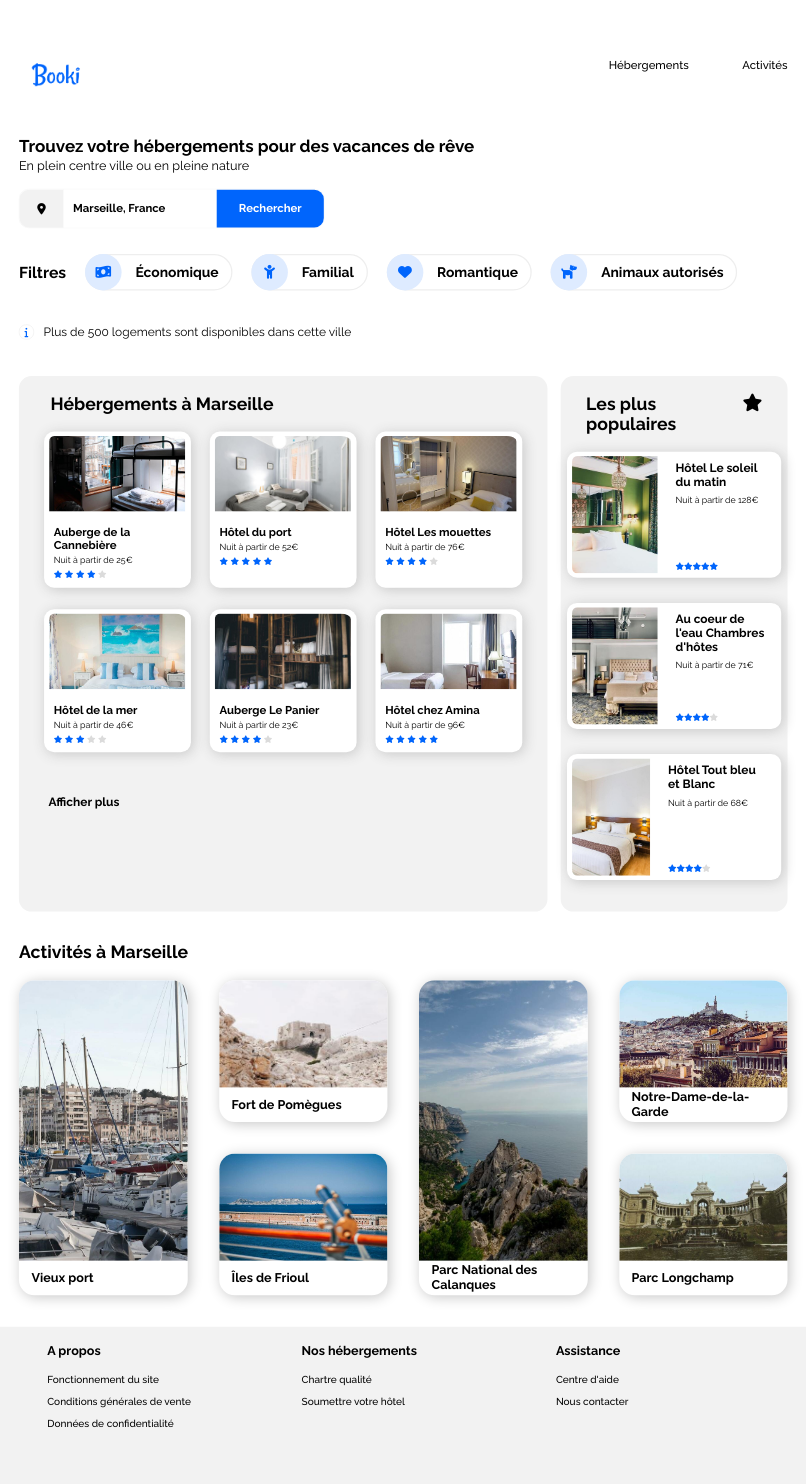
Repository: leandroBarbosaFR/booki
Page: index.html
The author's editor kept a copy of each file at every save. The page is drawn from the files as they stood at one save, then again after the next save.
The browser window is 1280 px wide. The pictures show the whole page, at 63% of full size.

Above is the page before, as saved 2022-07-22 15:15:00.

After the next save:
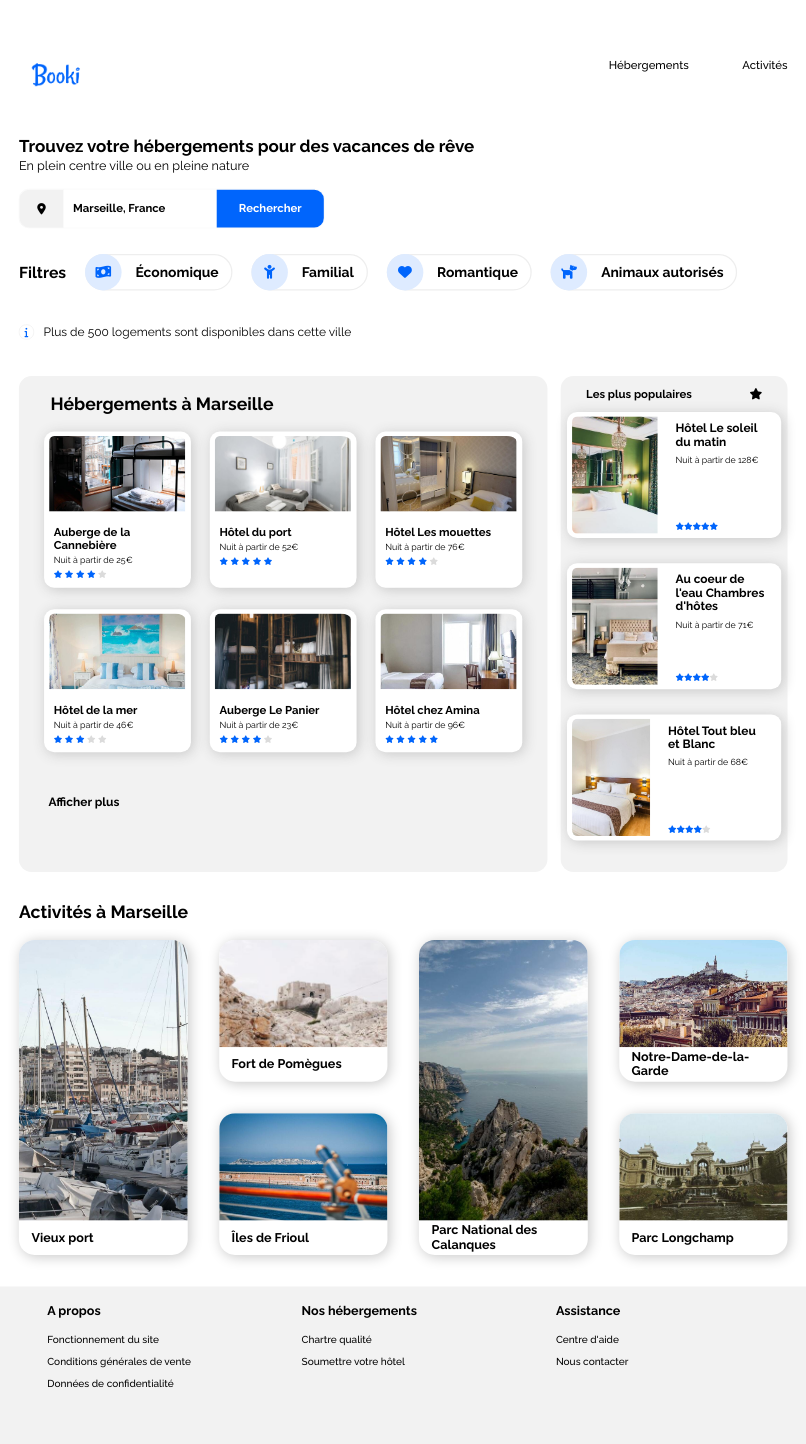
Saved 77 s later.
--- a/css/style.css
+++ b/css/style.css
@@ -299,7 +299,7 @@
   padding-left: 40px;
   padding-right: 40px;
   font-weight: 700;
-  font-size: 28px;
+  font-size: 18px;
   display: flex;
   justify-content: space-between;
 }
